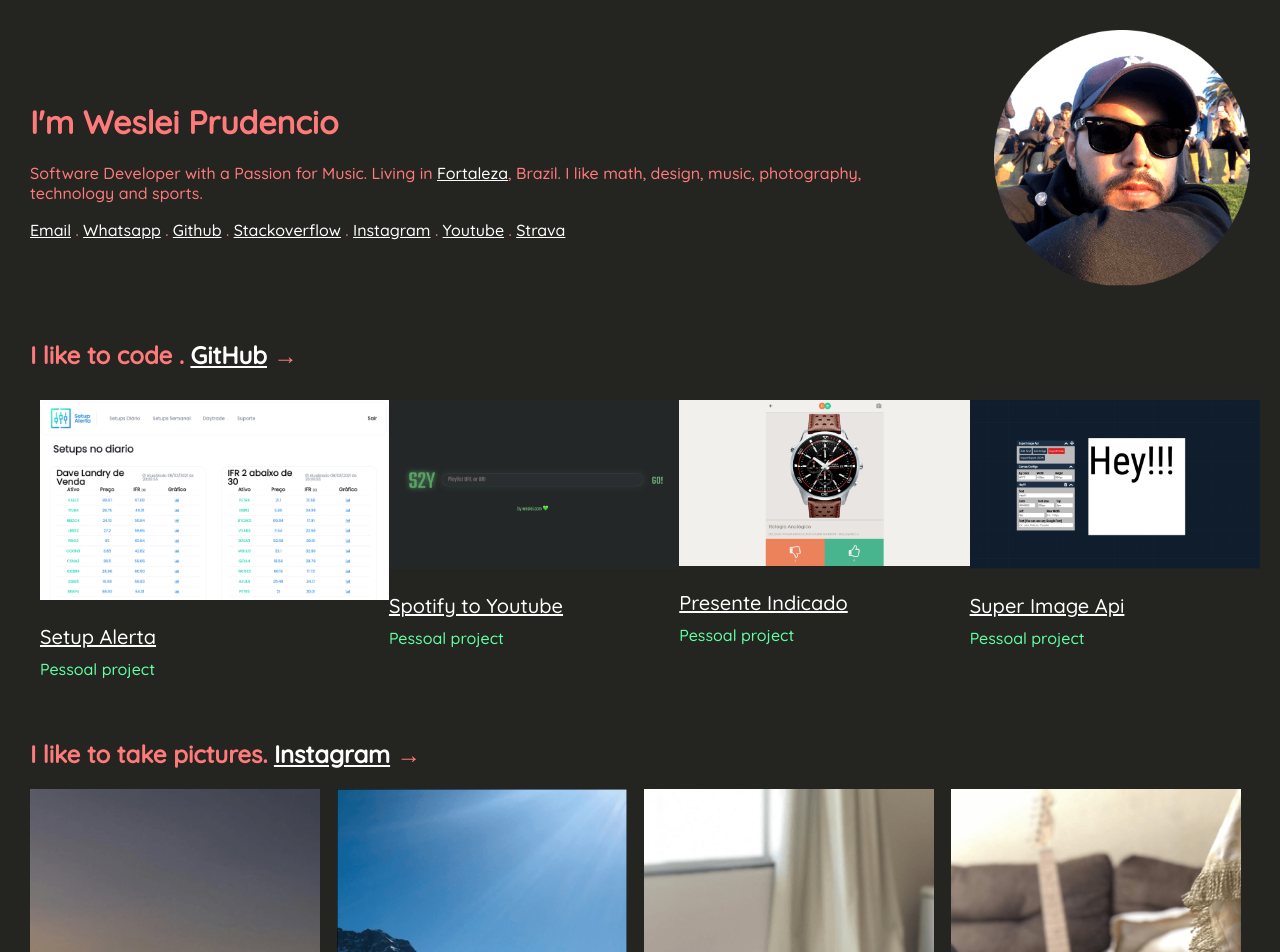
Repository: wprudencio/mywebsite
Page: index_src.html
These files come from the project's save history. The page is drawn as it stood at one moment and after the next save; the edit follows.
The browser window is 1280 px wide. The pictures show the part of the page from y = 0 to 952 px (the page is 2044 px tall before and 2003 px after).

Above is the page before, as saved 2021-04-15 21:10:06.

### index_src.html
<!DOCTYPE html>
<html lang="en">
  <head>
    <meta charset="UTF-8" />
    <meta name="viewport" content="width=device-width, initial-scale=1.0" />
    <meta http-equiv="X-UA-Compatible" content="ie=edge" />
    <meta name="description" content="Software Developer with a Passion for Music. I like math, design, music, photography, technology and sports.">
    <meta name="keywords" content="Software Engineer,nodejs,node,node.js,javascript,react,react-native,react,postgree,dokku,docker,css,html,fullstack,fullstack developer">
    <title>Weslei Prudencio - Fullstack Developer</title>
    <link rel="stylesheet" type="text/css" href="style.css" />
    <link rel="preconnect" href="https://fonts.gstatic.com" />
    <link rel="shortcut icon" href="img/favicon.ico">
    <link
      href="https://fonts.googleapis.com/css2?family=Quicksand:wght@500&display=swap"
      rel="stylesheet"
    />
  </head>
  <body>
    <div class="header">
      <div class="titles">
        <h1 class="title">I'm Weslei Prudencio</h1>
        <div class="subtile subcolor">
          Software Developer with a Passion for Music. Living in <a target="_blank" href="https://www.google.com/maps/search/fortaleza/@-3.7402515,-38.5448821,14.12z">Fortaleza</a>,
          Brazil. I like math, design, music, photography, technology and sports.
        </div>
        <div class="social-links">
          <a target="_blank" href="/img/contactme.png">Email</a> . <a target="_blank" href="https://api.whatsapp.com/send?phone=+5585997731370&text=hey!"> Whatsapp</a> . <a target="_blank" href="https://github.com/wprudencio">Github</a> .
          <a target="_blank" href="https://stackoverflow.com/users/1723176/weslei-prudencio">Stackoverflow</a> . <a target="_blank" href="https://www.instagram.com/wesprudencio/">Instagram</a> .
          <a target="_blank" href="https://www.youtube.com/user/wesleiwpa">Youtube</a> . <a target="_blank" href="https://www.strava.com/athletes/46133690">Strava</a>
        </div>
      </div>
      <div class="profile-picture"><img src="./img/weslei.png" /></div>
    </div>

    <section class="code">
      <h1 class="title">
        I like to code . <a href="https://github.com/wprudencio" target="_blank" class="subcolor">GitHub</a>
        <span class="hide-on-mobile">→</span>
      </h1>
      <div class="hide-on-mobile">

        <div class="code-content">
          <img src="img/screenshot_setupalerta.png" width="300" />
          <div class="title"><a class="title" href="https://www.setupalerta.com.br">Setup Alerta</a></div>
          <div class="subtitle">Pessoal project</div>
          <!-- <div class="description">
            Software Developer with a Passion for Design. Living in Fortaleza,
            Brazil. I like math, design, technology, and found in software
            development the perfect balance. Django
          </div> -->
        </div>
        <div class="code-content">
          <img src="img/screenshot_s2y.png" width="300" />
          <div class="title"><a class="title" href="https://spotifytoyoutube.weslei.com/">Spotify to Youtube</a></div>
          <div class="subtitle">Pessoal project</div>
          <!-- <div class="description">
            Software Developer with a Passion for Design. Living in Fortaleza,
            Brazil. I like math, design, technology, and found in software
            development the perfect balance. Django
          </div> -->
        </div>
        <div class="code-content">
          <img src="img/screenshot_presenteindicado.png" width="300" />
          <div class="title"><a class="title" href="https://presenteindicado.herokuapp.com/">Presente Indicado</a></div>
          <div class="subtitle">Pessoal project</div>
          <!-- <div class="description">
            Software Developer with a Passion for music and design. Living in Fortaleza,
            Brazil. I like music, design, technology, and found in software
            development the perfect balance. Django
          </div> -->
        </div>
        <div class="code-content">
          <img src="img/screenshot_superimageapi.png" width="300" />
          <div class="title"><a class="title" href="https://superimageapi.weslei.com/">Super Image Api</a></div>
          <div class="subtitle">Pessoal project</div>
          <!-- <div class="description">
            Software Developer with a Passion for music and design. Living in Fortaleza,
            Brazil. I like music, design, technology, and found in software
            development the perfect balance. Django
          </div> -->
        </div>
        <!-- <div class="code-content">
          <img src="img/screenshot_s2y.png" width="300" />
          <div class="title">Setup Alerta</div>
          <div class="subtitle">Pessoal project</div>
          <div class="description">
            Software Developer with a Passion for Design. Living in Fortaleza,
            Brazil. I like math, design, technology, and found in software
            development the perfect balance. Django
          </div>
        </div> -->
      </div>
    </section>

    <section class="photo">
      <h1 class="title">
        I like to take pictures. <a href="https://www.instagram.com/wesprudencio/" target="_blank" class="subcolor">Instagram</a href="">
        <span class="hide-on-mobile">→</span>
      </h1>
      <div class="section-content hide-on-mobile">
        <img src="img/photo1.png" />
        <img src="img/photo2.png" />
        <img src="img/photo3.png" />
        <img src="img/photo4.png" />
      </div>
    </section>
    <section class="music">
      <h1 class="title">
        I like to play . <a href="https://www.youtube.com/user/wesleiwpa" target="_blank" class="subcolor">YouTube</a>
        <span class="hide-on-mobile">→</span>
      </h1>
      <div class="section-content hide-on-mobile">
        <iframe
          src="https://www.youtube.com/embed/yPIpGEmBJB4"
          frameborder="0"
          allow="accelerometer; autoplay; clipboard-write; encrypted-media; gyroscope; picture-in-picture"
          allowfullscreen
        ></iframe>
        <iframe
          src="https://www.youtube.com/embed/cLxHDwdbUxs"
          frameborder="0"
          allow="accelerometer; autoplay; clipboard-write; encrypted-media; gyroscope; picture-in-picture"
          allowfullscreen
        ></iframe>
        <iframe
          src="https://www.youtube.com/embed/GoNQzONj6T8"
          frameborder="0"
          allow="accelerometer; autoplay; clipboard-write; encrypted-media; gyroscope; picture-in-picture"
          allowfullscreen
        ></iframe>
        <iframe
          src="https://www.youtube.com/embed/zvhm4AExjm4"
          frameborder="0"
          allow="accelerometer; autoplay; clipboard-write; encrypted-media; gyroscope; picture-in-picture"
          allowfullscreen
        ></iframe>
      </div>
    </section>

    <footer>Made with love in 🇧🇷</footer>


<!-- Global site tag (gtag.js) - Google Analytics -->
<script async src="https://www.googletagmanager.com/gtag/js?id=G-LMNC2LT64Z"></script>
<script>
  window.dataLayer = window.dataLayer || [];
  function gtag(){dataLayer.push(arguments);}
  gtag('js', new Date());

  gtag('config', 'G-LMNC2LT64Z');
</script><!-- Global site tag (gtag.js) - Google Analytics -->
<script async src="https://www.googletagmanager.com/gtag/js?id=G-LMNC2LT64Z"></script>
<script>
  window.dataLayer = window.dataLayer || [];
  function gtag(){dataLayer.push(arguments);}
  gtag('js', new Date());

  gtag('config', 'G-LMNC2LT64Z');
</script>
  </body>
</html>

### style.css
body {
  background-color: #242421;
  font-family: "Quicksand", sans-serif;
  color: #ff7a7a;
  max-width: 1400px;
  margin: 0 auto;
  padding: 30px;
}
section {
  margin-top: 50px;
}
a {
  color: #ffff;
}

.social-links {
  padding-top: 17px;
}

.header {
  display: flex;
  flex-direction: row;
  margin: auto;
}

.code > div {
  display: flex;
}

.code-content:not(:first-child) {
  /* border: 1px solid; */
  max-width: 23.8%;
  /* padding-left: 1%; */
}

.code-content > * {
  margin: 10px;
}

.code-content > img {
  width: 100%;
}

.code-content .title {
  font-size: 20px;
}

.code-content .subtitle {
  color: #62ffa1;
}

.code-content .description {
  color: #ffff;
}

.header .titles {
  margin: auto 0;
}

.header .subtile {
  margin-right: 50px;
}

.profile-picture > img {
  width: 256px;
  margin: auto;
}

section.photo img {
  width: 23.8%;

  margin: auto;
}

section.photo img:not(:last-child) {
  padding-right: 1%;
}

section.music iframe {
  width: 23.8%;
  height: 500px;
}

section.music iframe:not(:last-child) {
  padding-right: 1%;
}
footer {
  margin-top: 40px;
}

@media only screen and (min-width: 1077px) {
}

@media only screen and (max-width: 800px) {
  .hide-on-mobile {
    display: none !important;
  }

  .profile-picture > img {
    width: 120px;
    margin: auto;
  }
}

After the next save:
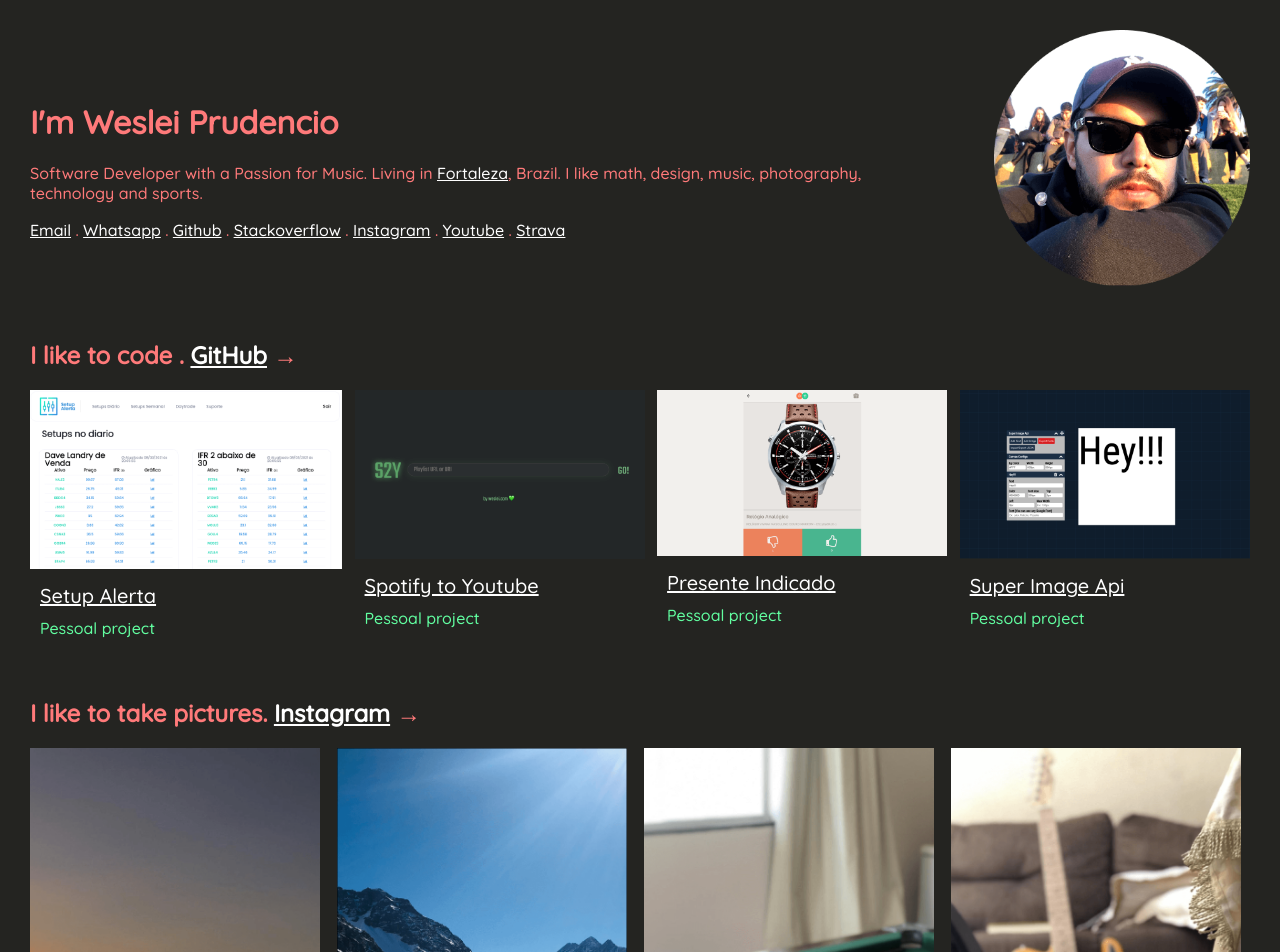
Saved 110 s later.
--- a/style.css
+++ b/style.css
@@ -30,10 +30,10 @@ a {
 .code-content:not(:first-child) {
   /* border: 1px solid; */
   max-width: 23.8%;
-  /* padding-left: 1%; */
+  padding-left: 1%;
 }
 
-.code-content > * {
+.code-content > *:not(:first-child) {
   margin: 10px;
 }
 
